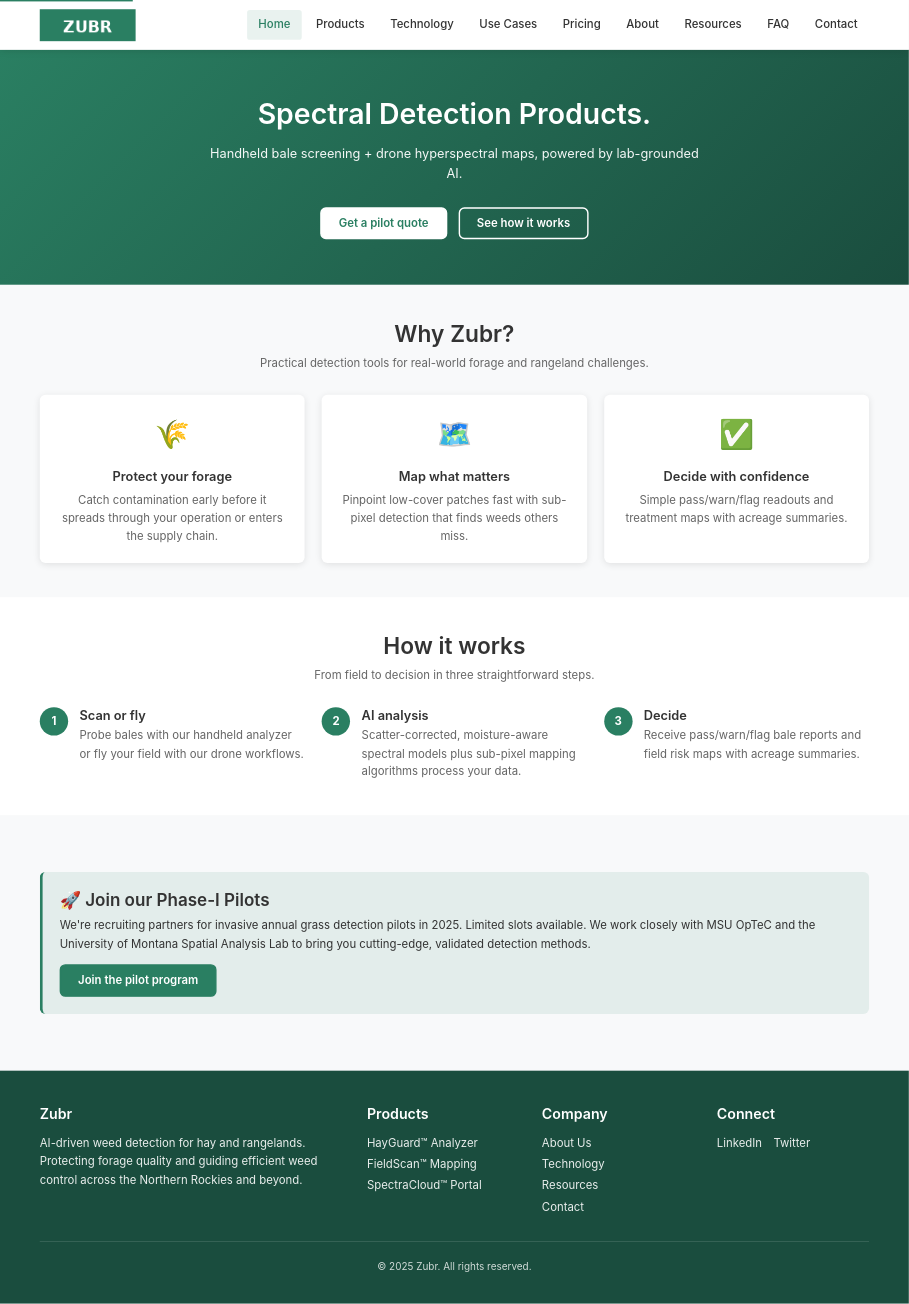
Repository: rmbielski/zubr
Page: index.html
These files come from the project's save history. The page is drawn as it stood at one moment and after the next save; the edit follows.
The browser window is 1280 px wide. The pictures show the whole page, at 71% of full size.

Above is the page before, as saved 2025-12-05 16:22:36.

### index.html
<!DOCTYPE html>
<html lang="en">
<head>
    <meta charset="UTF-8">
    <meta name="viewport" content="width=device-width, initial-scale=1.0">
    <meta name="description" content="Zubr builds AI-driven plant detection tools for agriculture. Handheld NIR screening and drone hyperspectral mapping for noxious weed detection.">
    <title>Zubr - AI-Driven Weed Detection for Agriculture</title>
    <link rel="stylesheet" href="assets/css/styles.css">
    <link rel="icon" type="image/png" href="logo.png">
</head>
<body>
    <a href="#main-content" class="skip-link">Skip to main content</a>

    <!-- Header -->
    <header class="header">
        <div class="container">
            <a href="index.html" class="logo">
                <img src="logo.png" alt="Zubr logo">
            </a>
            <button class="hamburger" aria-label="Toggle navigation" aria-expanded="false">
                <span></span>
                <span></span>
                <span></span>
            </button>
            <nav class="nav" aria-hidden="true">
                <ul class="nav-list">
                    <li><a href="index.html" class="nav-link">Home</a></li>
                    <li><a href="products.html" class="nav-link">Products</a></li>
                    <li><a href="technology.html" class="nav-link">Technology</a></li>
                    <li><a href="use-cases.html" class="nav-link">Use Cases</a></li>
                    <li><a href="pricing.html" class="nav-link">Pricing</a></li>
                    <li><a href="about.html" class="nav-link">About</a></li>
                    <li><a href="resources.html" class="nav-link">Resources</a></li>
                    <li><a href="faq.html" class="nav-link">FAQ</a></li>
                    <li><a href="contact.html" class="nav-link">Contact</a></li>
                </ul>
            </nav>
        </div>
    </header>

    <!-- Main Content -->
    <main id="main-content">
        <!-- Hero Section -->
        <section class="hero">
            <div class="container">
                <h1>Spectral Detection Products.</h1>
                <p class="subhead">Handheld bale screening + drone hyperspectral maps, powered by lab-grounded AI.</p>
                <div class="hero-buttons">
                    <a href="contact.html" class="btn btn-primary">Get a pilot quote</a>
                    <a href="technology.html" class="btn btn-secondary">See how it works</a>
                </div>
            </div>
        </section>

        <!-- Quick Benefits -->
        <section class="section">
            <div class="container">
                <div class="section-title">
                    <h2>Why Zubr?</h2>
                    <p>Practical detection tools for real-world forage and rangeland challenges.</p>
                </div>
                <div class="benefits-grid">
                    <div class="benefit-card">
                        <div class="benefit-icon">🌾</div>
                        <h3>Protect your forage</h3>
                        <p>Catch contamination early before it spreads through your operation or enters the supply chain.</p>
                    </div>
                    <div class="benefit-card">
                        <div class="benefit-icon">🗺️</div>
                        <h3>Map what matters</h3>
                        <p>Pinpoint low-cover patches fast with sub-pixel detection that finds weeds others miss.</p>
                    </div>
                    <div class="benefit-card">
                        <div class="benefit-icon">✅</div>
                        <h3>Decide with confidence</h3>
                        <p>Simple pass/warn/flag readouts and treatment maps with acreage summaries.</p>
                    </div>
                </div>
            </div>
        </section>

        <!-- How It Works -->
        <section class="section section-light">
            <div class="container">
                <div class="section-title">
                    <h2>How it works</h2>
                    <p>From field to decision in three straightforward steps.</p>
                </div>
                <div class="steps">
                    <div class="step">
                        <div class="step-number">1</div>
                        <div class="step-content">
                            <h3>Scan or fly</h3>
                            <p>Probe bales with our handheld analyzer or fly your field with our drone workflows.</p>
                        </div>
                    </div>
                    <div class="step">
                        <div class="step-number">2</div>
                        <div class="step-content">
                            <h3>AI analysis</h3>
                            <p>Scatter-corrected, moisture-aware spectral models plus sub-pixel mapping algorithms process your data.</p>
                        </div>
                    </div>
                    <div class="step">
                        <div class="step-number">3</div>
                        <div class="step-content">
                            <h3>Decide</h3>
                            <p>Receive pass/warn/flag bale reports and field risk maps with acreage summaries.</p>
                        </div>
                    </div>
                </div>
            </div>
        </section>

        <!-- Pilot Program Callout -->
        <section class="section">
            <div class="container">
                <div class="callout">
                    <h3>🚀 Join our Phase-I Pilots</h3>
                    <p>We're recruiting partners for invasive annual grass detection pilots in 2025. Limited slots available. We work closely with MSU OpTeC and the University of Montana Spatial Analysis Lab to bring you cutting-edge, validated detection methods.</p>
                    <a href="contact.html" class="btn btn-accent">Join the pilot program</a>
                </div>
            </div>
        </section>
    </main>

    <!-- Footer -->
    <footer class="footer">
        <div class="container">
            <div class="footer-content">
                <div class="footer-section">
                    <h4>Zubr</h4>
                    <p>AI-driven weed detection for hay and rangelands. Protecting forage quality and guiding efficient weed control across the Northern Rockies and beyond.</p>
                </div>
                <div class="footer-section">
                    <h4>Products</h4>
                    <ul class="footer-links">
                        <li><a href="products.html">HayGuard™ Analyzer</a></li>
                        <li><a href="products.html">FieldScan™ Mapping</a></li>
                        <li><a href="products.html">SpectraCloud™ Portal</a></li>
                    </ul>
                </div>
                <div class="footer-section">
                    <h4>Company</h4>
                    <ul class="footer-links">
                        <li><a href="about.html">About Us</a></li>
                        <li><a href="technology.html">Technology</a></li>
                        <li><a href="resources.html">Resources</a></li>
                        <li><a href="contact.html">Contact</a></li>
                    </ul>
                </div>
                <div class="footer-section">
                    <h4>Connect</h4>
                    <div class="social-links">
                        <a href="#" aria-label="LinkedIn">LinkedIn</a>
                        <a href="#" aria-label="Twitter">Twitter</a>
                    </div>
                </div>
            </div>
            <div class="footer-bottom">
                <p>&copy; <span class="current-year">2025</span> Zubr. All rights reserved.</p>
            </div>
        </div>
    </footer>

    <script src="assets/js/main.js"></script>
</body>
</html>

Loaded but not shown: assets/js/main.js (100 lines, source omitted); assets/css/styles.css (871 lines, source omitted)

After the next save:
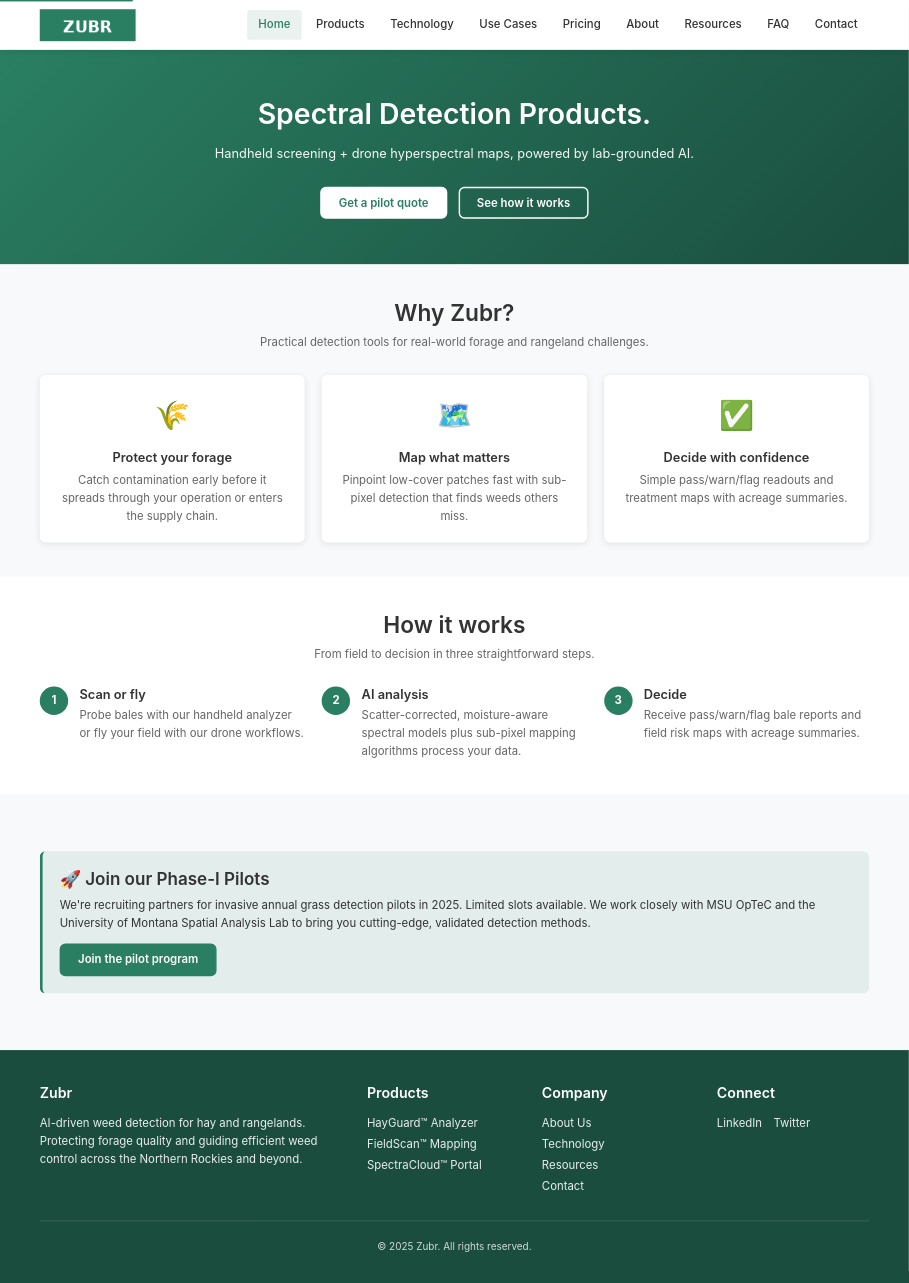
Saved 5 s later.
--- a/index.html
+++ b/index.html
@@ -44,7 +44,7 @@
         <section class="hero">
             <div class="container">
                 <h1>Spectral Detection Products.</h1>
-                <p class="subhead">Handheld bale screening + drone hyperspectral maps, powered by lab-grounded AI.</p>
+                <p class="subhead">Handheld  screening + drone hyperspectral maps, powered by lab-grounded AI.</p>
                 <div class="hero-buttons">
                     <a href="contact.html" class="btn btn-primary">Get a pilot quote</a>
                     <a href="technology.html" class="btn btn-secondary">See how it works</a>

After the save that followed:
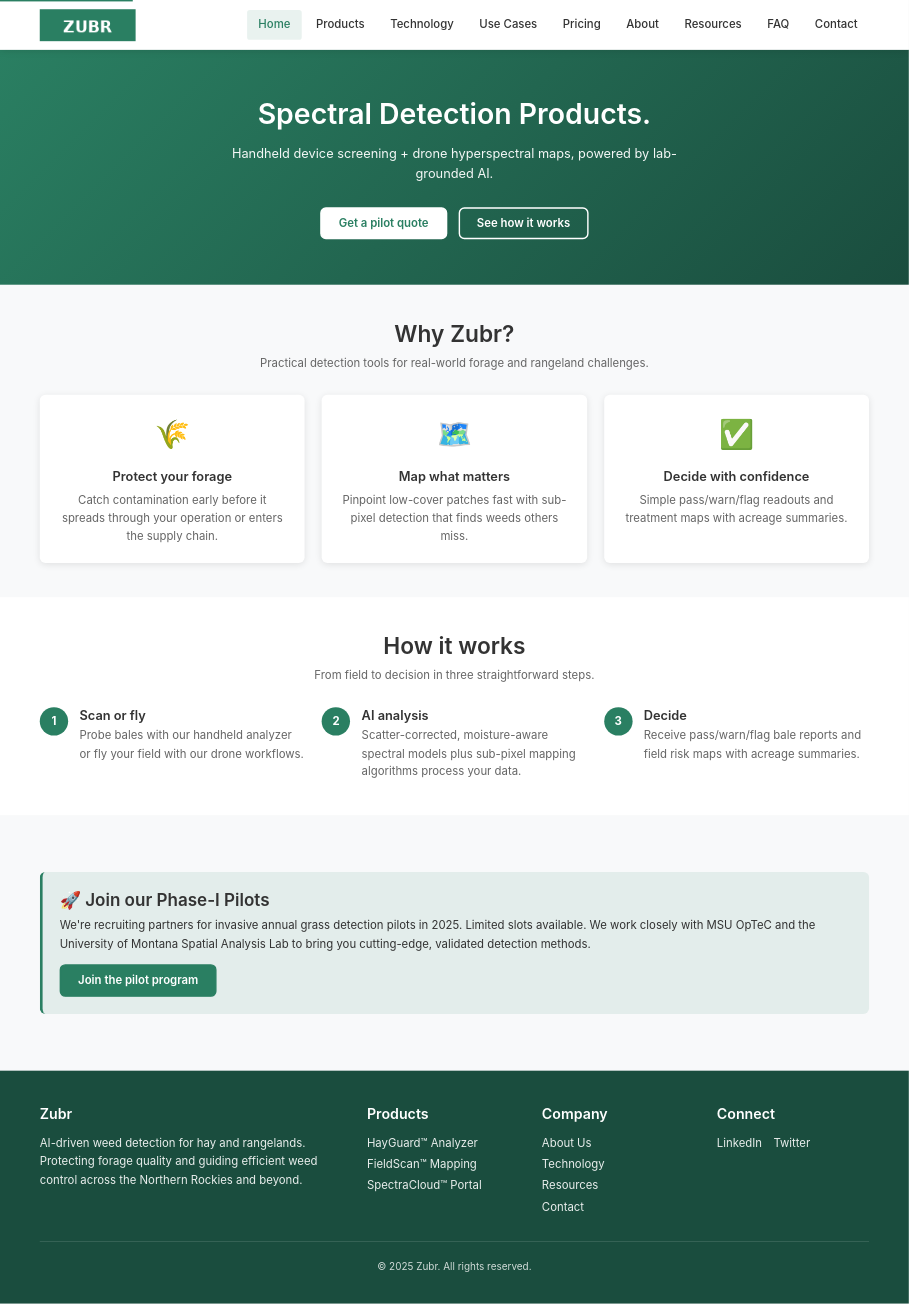
Saved 4 s later.
--- a/index.html
+++ b/index.html
@@ -44,7 +44,7 @@
         <section class="hero">
             <div class="container">
                 <h1>Spectral Detection Products.</h1>
-                <p class="subhead">Handheld  screening + drone hyperspectral maps, powered by lab-grounded AI.</p>
+                <p class="subhead">Handheld device screening + drone hyperspectral maps, powered by lab-grounded AI.</p>
                 <div class="hero-buttons">
                     <a href="contact.html" class="btn btn-primary">Get a pilot quote</a>
                     <a href="technology.html" class="btn btn-secondary">See how it works</a>
